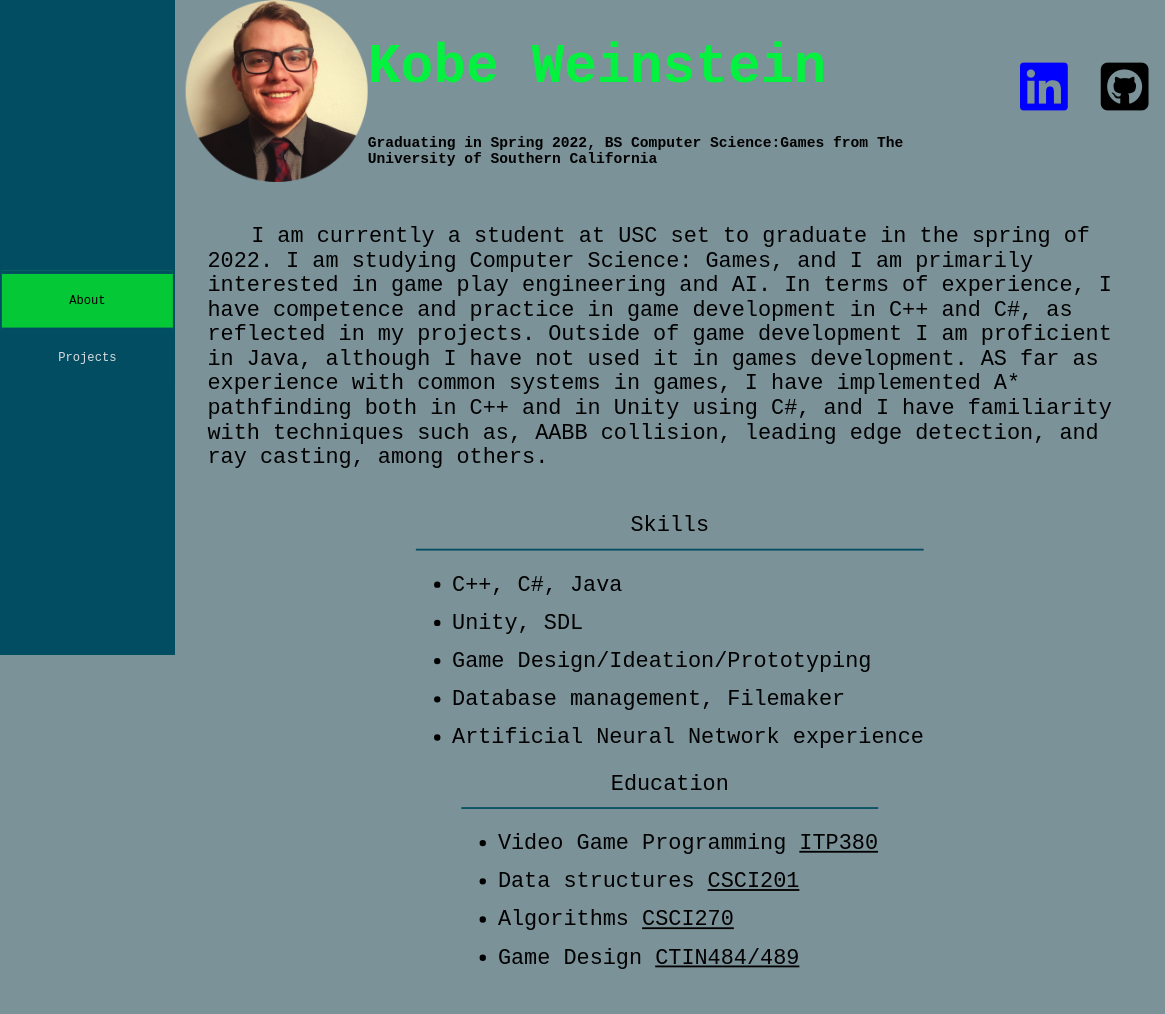
Repository: DrAngentIce/Kobe.Weinstein
Page: PortfollioSite/WebContent/Index.html
An editor plug-in stored every save of this project. The page is shown before and after the next save, followed by the edit.
The browser window is 1280 px wide. The pictures show the whole page, at 91% of full size.
Some web libraries are served in a nearby version.

Above is the page before, as saved 2021-01-18 21:49:29.

### PortfollioSite/WebContent/Index.html
<!DOCTYPE html>
<html>
<head>
<meta charset="ISO-8859-1">
<title>Kobe Weinstein</title>

<style>

 * {box-sizing: border-box}

 :root {
  --primary: #05F140;
  --primaryDim: #04C835;
  --textP: #000000;
  --Secondary: #034D63;
  --SecondaryLight: #046B8B;
  --textS: #dadfe1;
  --bg: #7C9299;
  --textBg: #000000;
  }

 body {
  font-size: 150%;
  font-family:"Courier New", monospace;
  background-color: var(--bg);

}


 .tab {
  float: left;
  border: 2px solid var(--Secondary);
  border-top: none;
  border-bottom: none;
  background-color: var(--Secondary);
  width: 15vw;
  height: 100%;
  min-height: 100%;
  display: flex;
  justify-content: center;
  flex-direction: column;
  position:fixed;
	}

 .tab button {
  display: block;
  background-color: inherit;
  padding: 22px 16px;
  width: 100%;
  border: none;
  outline: none;
  text-align: center;
  cursor: pointer;
  transition: 0.3s;
  font-family:"Courier New", monospace;
  color: var(--textS);
}

.tab button:hover {
  background-color: var(--primary);
  color: var(--textP);
  border-top: 4px solid var(--SecondaryLight);
  border-bottom: 4px solid var(--SecondaryLight);
}

.tab button.active {
  background-color: var(--primaryDim);
  color: var(--textP);
  border-top: 4px solid var(--Secondary);
  border-bottom: 4px solid var(--Secondary);
}

.projectContent {
  float: left;
  padding: 0px 8px;
  border: 1px solid var(--Secondary);
  width: 70vw;
  border-left: none;
  min-height: 100vh;
  display: none;
  font-family:"Courier New", monospace;
  margin-left:15vw;
}

.tabContent {
  float: left;
  padding: 0px 12px;
  border: none;
  width: 85vw;
  border-left: none;
  min-height: 100%;
  display: none;
  font-family:"Courier New", monospace;
  background-color: var(--bg);
  margin-left:15vw;

}

.columnName
{
	width: 80%;
	display:flex;
	align-content:center;
}

.columnContact
{
	width: 20%;
	height: 30%;
	padding: 6px;
	text-align:Right;
	vertical-align: text-top;
}

.SkillsCourses
{
	display: flex;
	flex-flow: row wrap;
	justify-content: space-around;
	width: 100%;
	padding: 24px;
}

.column
{
}

li + li {
  margin-top: 15px;
}

hr
{
 Border: 1px solid var(--Secondary);
}

a:link, a:visited
{
	color:black;
}


</style>

<script src="https://kit.fontawesome.com/3095d7b5c5.js" crossorigin="anonymous"></script>
<script>
function openTab(evt, tabName)
{

	var i, tabContent, tabs;


	tabcontent = document.getElementsByClassName("tabContent");
	for(i=0; i < tabcontent.length; i++)
	{
		tabcontent[i].style.display = "none";
	}

	tabs = document.getElementsByClassName("tablinks");
	for(i=0; i < tabs.length; i++)
	{
		tabs[i].className = tabs[i].className.replace(" active", "");
	}

	document.getElementById(tabName).style.display = "block";

	if(tabName == 'projects')
	{
		document.getElementById(tabName).style.padding = "0px 0px";
	}

	evt.currentTarget.className += " active";

}

function openProject(evt, projectName)
{

	var i, tabContent, tabs;


	tabcontent = document.getElementsByClassName("projectContent");
	for(i=0; i < tabcontent.length; i++)
	{
		tabcontent[i].style.display = "none";
	}

	tabs = document.getElementsByClassName("projectlinks");
	for(i=0; i < tabs.length; i++)
	{
		tabs[i].className = tabs[i].className.replace(" active", "");
	}

	document.getElementById(projectName).style.display = "block";

	evt.currentTarget.className += " active";

}


</script>


</head>


<body style="width: 100vw; height: 100vh; margin: 0; padding: 0;">

	<div class="tab">
	<button class="tablinks" onclick="openTab(event, 'about')" id="default">About</button>
	<button class="tablinks" onclick="openTab(event, 'projects')">Projects</button>
	</div>


	<div id = "projects" class="tabContent">
		<div class="tab" style="border-left: none;">
			<button class="projectlinks" onclick="openProject(event,'BookStacks')">The BookStacks</button>
			<button class="projectlinks" onclick="openProject(event,'RunnersEdge')">Runner's Edge</button>
			<button class="projectlinks" onclick="openProject(event,'Asteroids')">Asteroids</button>
		</div>




		<div id="BookStacks" class="projectContent">

		<div style="width:100%; display: flex; justify-content: space-between;">

		<div>
		<p style="font-size: 0.75em;"><span style = "font-size: 2.2em">The BookStacks</span> <br>
		Developed by: Kobe Weinstein and Adrian Lopez</p>
		</div>

		<div style ="align-self:center; padding: 0px 4vw;">
		<i>Unity</i>
		</div>

		</div>

		<div style="width: 75%; text-align:center; margin: auto;">
			<hr>
			<p style="font-size:0.75em;">A fast paced isometric adventure that takes the player deep below a library to destroy an evil lich bent on opening a portal to a realm of horrors. The Bookstacks central challenge, revolves around the managing of a very limited pool of reusable ammunition. </p>
		</div>

		<div style="text-align:center;">
			<iframe width="65%" height="375vh" style="border:none;"
			src="https://www.youtube.com/embed/muQl5Ingy2Q?autoplay=1&mute=1&loop=1&playlist=muQl5Ingy2Q">
			</iframe>
		</div>

		<div style="float:right; width:80%; height:30%;">
		<p>Composition of work:</p>
			<div style="width:100%; height:100%; display:flex; flex-direction: column;">
				<div><div style="display:inline-block; min-width:10vw;">Art</div> <div style="border:1px solid black; width:60%; height:3vh; display:inline-block; vertical-align: middle;"><div style="background-color: var(--primaryDim); height:100%; width:35%;"></div></div> </div>
				<div><div style="display:inline-block; min-width:10vw;">Level Design</div> <div style="border:1px solid black; width:60%; height:3vh; display:inline-block; vertical-align: middle;"><div style="background-color: var(--primaryDim); height:100%; width:45%;"></div></div> </div>
				<div><div style="display:inline-block; min-width:10vw;">Gameplay</div> <div style="border:1px solid black; width:60%; height:3vh; display:inline-block; vertical-align: middle;"><div style="background-color: var(--primaryDim); height:100%; width:90%;"></div></div> </div>
				<div><div style="display:inline-block; min-width:10vw;">Engine</div> <div style="border:1px solid black; width:60%; height:3vh; display:inline-block; vertical-align: middle;"><div style="background-color: var(--primaryDim); height:100%; width:20%;"></div></div> </div>
				<div><div style="display:inline-block; min-width:10vw;">AI</div> <div style="border:1px solid black; width:60%; height:3vh; display:inline-block; vertical-align: middle;"><div style="background-color: var(--primaryDim); height:100%; width:90%;"></div></div> </div>
			</div>
		</div>


		</div>


		<div id="RunnersEdge" class="projectContent">

		<div style="width:100%; display: flex; justify-content: space-between;">

		<div>
		<p style="font-size: 0.75em;"><span style = "font-size: 2.2em">"Runnner's Edge"</span> <br>
		Developed by: Kobe Weinstein</p>
		</div>

		<div style ="align-self:center; padding: 0px 4vw;">
		<i>C++</i>
		</div>

		</div>

		<div style="width: 75%; text-align:center; margin: auto;">
			<hr>
			<p style="font-size:0.75em;">A game loosely based off of Mirror's Edge. The game was created in C++ as an assignment for ITP-380 Intro to Game programming.
			The main bulk of the code that needed to be written for the assignment focused on the physics and movement of the player and environment. All sound and art, as well as some skeleton code was provided by the instructors.</p>
		</div>

		<div style="text-align:center;">
			<iframe width="65%" height="375vh" style="border:none;"
			src="https://www.youtube.com/embed/Rtn2YmhXi4M?autoplay=1&mute=1&loop=1&playlist=Rtn2YmhXi4M">
			</iframe>
		</div>

		<div style="float:right; width:80%; height:30%;">
		<p>Composition of work:</p>
			<div style="width:100%; height:100%; display:flex; flex-direction: column;">
				<div><div style="display:inline-block; min-width:10vw;">Art</div> <div style="border:1px solid black; width:60%; height:3vh; display:inline-block; vertical-align: middle;"><div style="background-color: var(--primaryDim); height:100%; width:5%;"></div></div> </div>
				<div><div style="display:inline-block; min-width:10vw;">Level Design</div> <div style="border:1px solid black; width:60%; height:3vh; display:inline-block; vertical-align: middle;"><div style="background-color: var(--primaryDim); height:100%; width:5%;"></div></div> </div>
				<div><div style="display:inline-block; min-width:10vw;">Gameplay</div> <div style="border:1px solid black; width:60%; height:3vh; display:inline-block; vertical-align: middle;"><div style="background-color: var(--primaryDim); height:100%; width:90%;"></div></div> </div>
				<div><div style="display:inline-block; min-width:10vw;">Engine</div> <div style="border:1px solid black; width:60%; height:3vh; display:inline-block; vertical-align: middle;"><div style="background-color: var(--primaryDim); height:100%; width:90%;"></div></div> </div>
				<div><div style="display:inline-block; min-width:10vw;">AI</div> <div style="border:1px solid black; width:60%; height:3vh; display:inline-block; vertical-align: middle;"><div style="background-color: var(--primaryDim); height:100%; width:5%;"></div></div> </div>
			</div>
		</div>


		</div>

		<div id="Asteroids" class="projectContent">

		<div style="width:100%; display: flex; justify-content: space-between;">

		<div>
		<p style="font-size: 0.75em;"><span style = "font-size: 2.2em">Asteroids</span> <br>
		Developed by: Kobe Weinstein</p>
		</div>

		<div style ="align-self:center; padding: 0px 4vw;">
		<i>C++</i>
		</div>

		</div>

		<div style="width: 75%; text-align:center; margin: auto;">
			<hr>
			<p style="font-size:0.75em;">Developed for a class as a demonstration of understanding of 3d game programming. For this assignment, I had to implement the flight, rolling, shooting, and the lock-on mechanics.</p>
		</div>

		<div style="text-align:center;">
			<iframe width="65%" height="375vh" style="border:none;"
			src="https://www.youtube.com/embed/PG1mOM3zf5M?autoplay=1&mute=1&loop=1&playlist=PG1mOM3zf5M">
			</iframe>
		</div>

		<div style="float:right; width:80%; height:30%;">
		<p>Composition of work:</p>
			<div style="width:100%; height:100%; display:flex; flex-direction: column;">
				<div><div style="display:inline-block; min-width:10vw;">Art</div> <div style="border:1px solid black; width:60%; height:3vh; display:inline-block; vertical-align: middle;"><div style="background-color: var(--primaryDim); height:100%; width:5%;"></div></div> </div>
				<div><div style="display:inline-block; min-width:10vw;">Level Design</div> <div style="border:1px solid black; width:60%; height:3vh; display:inline-block; vertical-align: middle;"><div style="background-color: var(--primaryDim); height:100%; width:5%;"></div></div> </div>
				<div><div style="display:inline-block; min-width:10vw;">Gameplay</div> <div style="border:1px solid black; width:60%; height:3vh; display:inline-block; vertical-align: middle;"><div style="background-color: var(--primaryDim); height:100%; width:90%;"></div></div> </div>
				<div><div style="display:inline-block; min-width:10vw;">Engine</div> <div style="border:1px solid black; width:60%; height:3vh; display:inline-block; vertical-align: middle;"><div style="background-color: var(--primaryDim); height:100%; width:70%;"></div></div> </div>
				<div><div style="display:inline-block; min-width:10vw;">AI</div> <div style="border:1px solid black; width:60%; height:3vh; display:inline-block; vertical-align: middle;"><div style="background-color: var(--primaryDim); height:100%; width:5%;"></div></div> </div>
			</div>
		</div>

		</div>

	</div>





	<div id="about" class="tabContent">

	<div style="width:100%; display:flex; flex-flow:row wrap; justify-content:space-between;">

		<div class="columnName">
			<img src="photo.png" width="200px" height="200px" style=" object-fit: cover;">
			<div>
			<h1 style="color: var(--primary); font-size:2.5em;">Kobe Weinstein</h1>
			<h6>Graduating in Spring 2022, BS Computer Science:Games from The University of Southern California</h6>
			</div>
		</div>

		<div class="columnContact">
		<p style="font-size: 2.5em;">
			<a href="http://www.linkedin.com/in/kobe-weinstein" style="color:blue;"><i class="fab fa-linkedin"></i></a>
			<a href="http://www.Github.com/DrAgentIce" style="color:black;"><i class="fab fa-github-square"></i></a>
		</p>
		</div>

	</div>

	<p style="padding: 0px 24px; text-indent:2em;">
	I am currently a student at USC set to graduate in the spring of 2022. I am studying Computer Science: Games, and I am primarily interested in game play engineering and AI.
	In terms of experience, I have competence and practice in game development in C++ and C#, as reflected in my projects. Outside of game development I am proficient in Java, although I have not used it in games development.
	AS far as experience with common systems in games, I have implemented A* pathfinding both in C++ and in Unity using C#, and I have familiarity with techniques such as, AABB collision, leading edge detection, and ray casting, among others.
	</p>

	<div class="SkillsCourses">

	<div class="column">
	<div style="text-align: center;">Skills</div>
	<hr>
	<ul>
	<li>C++, C#, Java</li>
	<li>Unity, SDL</li>
	<li>Game Design/Ideation/Prototyping</li>
	<li>Database management, Filemaker</li>
	<li>Artificial Neural Network experience</li>
	</ul>
	</div>

	<div class="column">
	<div style="text-align: center;">Education</div>
	<hr>
	<ul>
		<li>Video Game Programming <a href="https://web-app.usc.edu/soc/syllabus/20201/31902.pdf">ITP380</a></li>
		<li>Data structures <a href="https://web-app.usc.edu/ws/soc_archive/soc/term-20201/course/csci-201/index.html">CSCI201</a></li>
		<li>Algorithms <a href="https://classes.usc.edu/term-20203/course/csci-270/">CSCI270</a></li>
		<li>Game Design <a href="https://classes.usc.edu/term-20201/course/ctin-484/">CTIN484/489</a></li>
	</ul>
	</div>

	</div>


	</div>

<script>
document.getElementById("default").click();
</script>
</body>

</html>

After the next save:
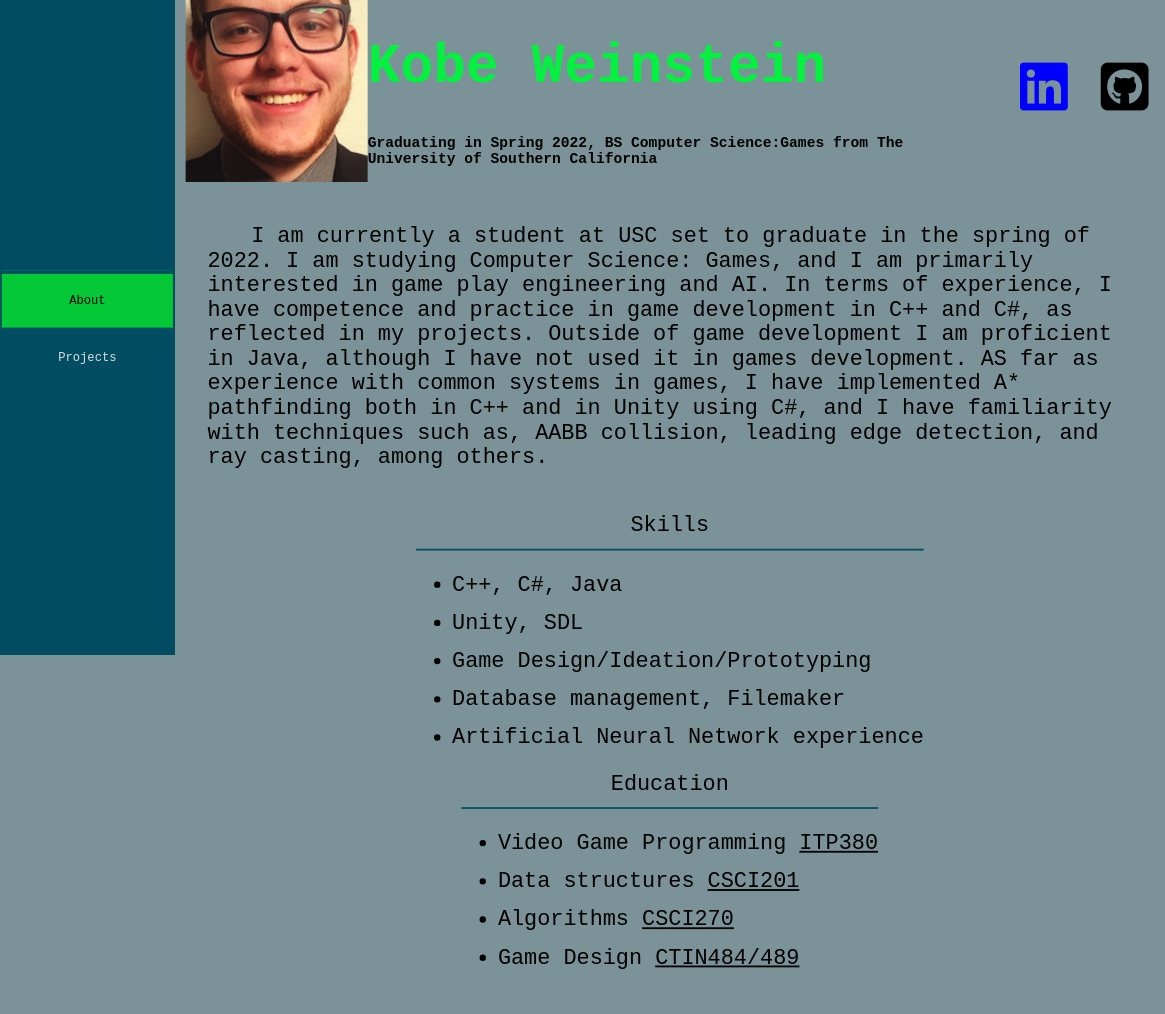
Saved 45 s later.
--- a/PortfollioSite/WebContent/Index.html
+++ b/PortfollioSite/WebContent/Index.html
@@ -354,7 +354,7 @@
 	<div style="width:100%; display:flex; flex-flow:row wrap; justify-content:space-between;">
 
 		<div class="columnName">
-			<img src="photo.png" width="200px" height="200px" style=" object-fit: cover;">
+			<img src="photo.png" width="200px" height="200px" style=" object-fit: none;">
 			<div>
 			<h1 style="color: var(--primary); font-size:2.5em;">Kobe Weinstein</h1>
 			<h6>Graduating in Spring 2022, BS Computer Science:Games from The University of Southern California</h6>

After the save that followed:
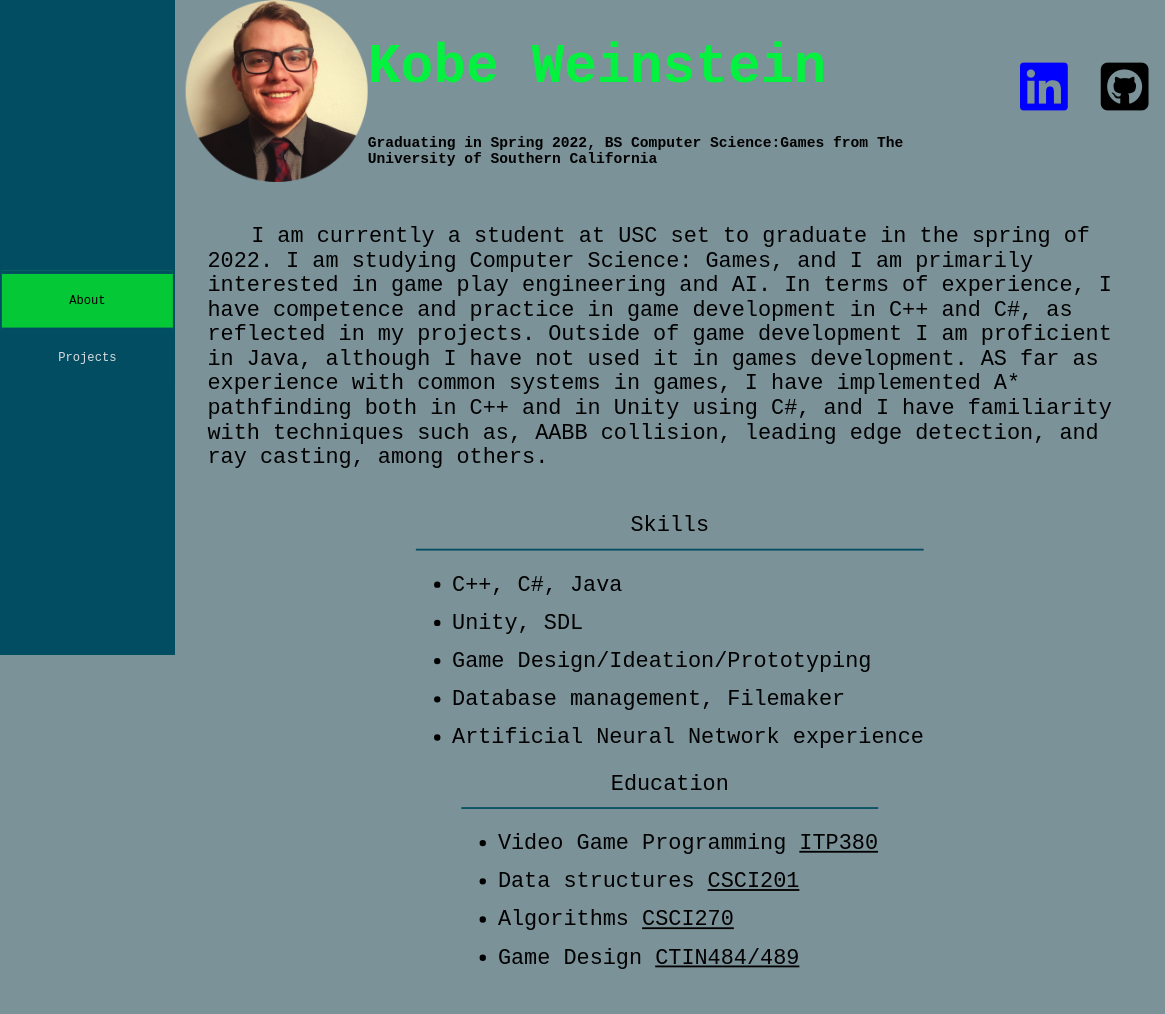
Saved 7 min 54 s later.
--- a/PortfollioSite/WebContent/Index.html
+++ b/PortfollioSite/WebContent/Index.html
@@ -354,7 +354,7 @@
 	<div style="width:100%; display:flex; flex-flow:row wrap; justify-content:space-between;">
 
 		<div class="columnName">
-			<img src="photo.png" width="200px" height="200px" style=" object-fit: none;">
+			<img src="photo.png" width="200px" height="200px" style=" object-fit: fill;">
 			<div>
 			<h1 style="color: var(--primary); font-size:2.5em;">Kobe Weinstein</h1>
 			<h6>Graduating in Spring 2022, BS Computer Science:Games from The University of Southern California</h6>
